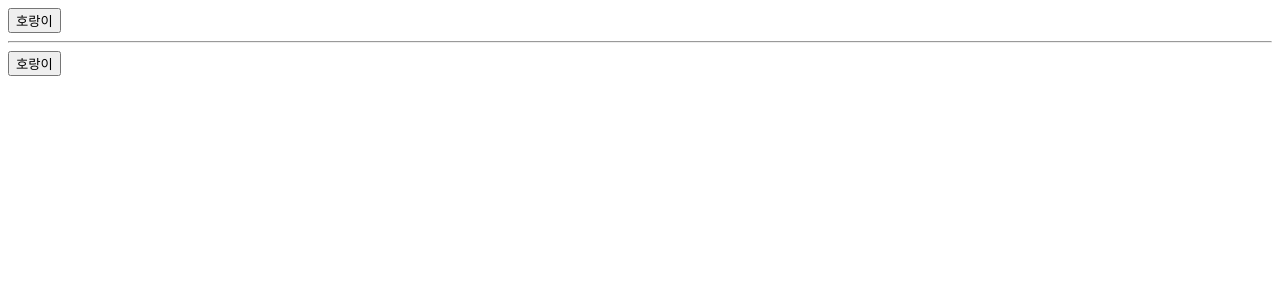
Repository: soobin10236/Class
Page: http://localhost/Web10/
These files come from the project's save history. The page is drawn as it stood at one moment and after the next save; the edit follows.
The browser window is 1280 px wide. The pictures show the whole page.
The page is served by Tomcat 9.

Above is the page before, as saved 2021-09-08 02:40:39.

After the next save:
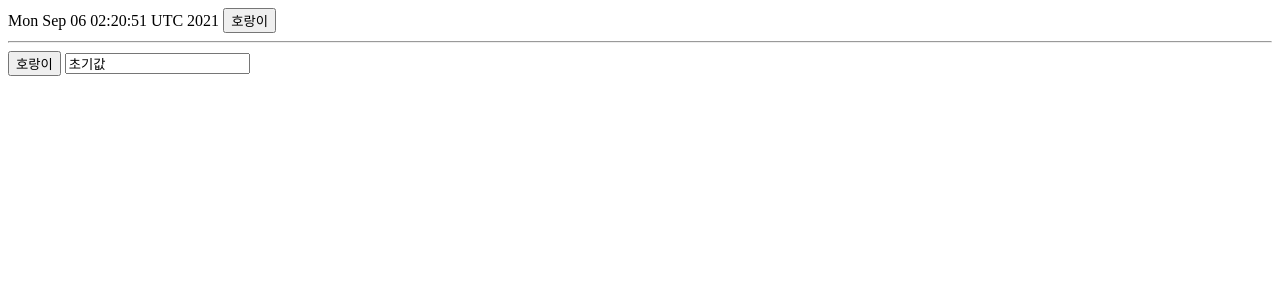
Saved 107 s later.
--- a/Web10/src/main/webapp/index.jsp
+++ b/Web10/src/main/webapp/index.jsp
@@ -9,21 +9,23 @@
 <title>Insert title here</title>
 </head>
 
-
+<body>
 	<%--
 
 	<!-- ex) -->
-	<body>
+
 	<% Date date = new Date(); %>
 	<%= date %>
 
 	--%>
 
 	<!-- ex8) html tag-->
+	<% Date date = new Date(); %>
+	<%= date %>
 	<button>호랑이</button>
 	<hr/>
 	<button>호랑이</button>
-
+	<input type="text" value="초기값"/>
 
 	<%-- <!-- ex7) JSP for문-->
 	<body bgcolor = <%="green" %>>
